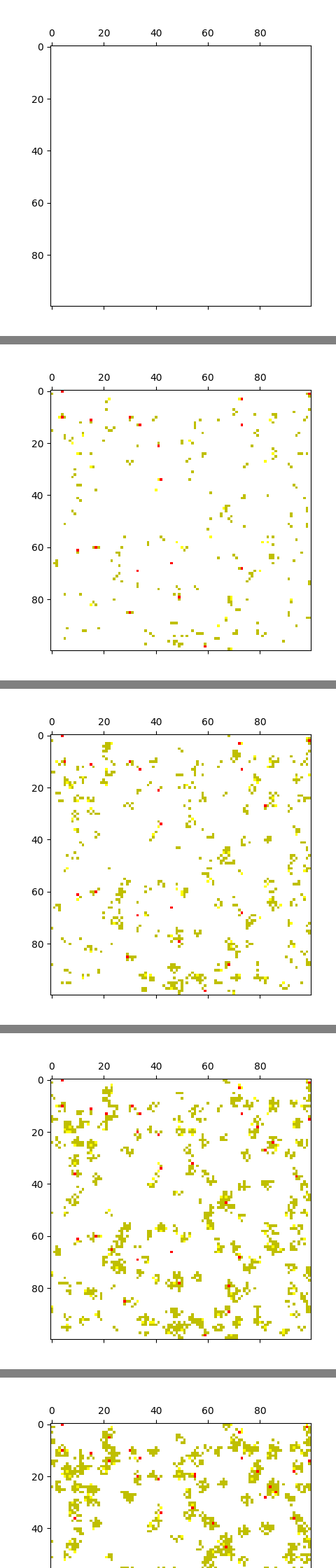
Repository: eduardodut/Trabalho_final_estatistica_cd
Script's output: python src/Simulador.py
An editor plug-in stored every save of this project. The script's output is shown before and after the next save, followed by the edit.
The pictures show rows 0 to 2240 of an output 3924 px tall, at 70% of full size.
Each picture stacks the figures in order, with grey between them; figures that are only written to a file come last. The script is stopped after its 8th figure. Random numbers start from a fixed seed.

Above is the script's output before, as saved 2020-07-10 18:53:53.

### src/Simulador.py
import pandas as pd
import numpy as np
from Matriz_esferica import Matriz_esferica
from Individuo import Individuo, Fabrica_individuo
import random
from itertools import permutations
import matplotlib.pyplot as plt
from matplotlib.colors import ListedColormap
from scipy.sparse import csr_matrix, lil_matrix




class Simulador():

    def __init__(
        self,
        tamanho_matriz,                 #numero de linhas e colunas da matriz esférica
        percentual_inicial_tipo1,       #percentual inicial da população que será infectada tipo 1
        percentual_inicial_tipo2,       #percentual inicial da população que será infectada tipo 2
        chance_infeccao,                #chance que um infectado tipo 2 tem de infectar um indivíduo saudável
        chance_infeccao_tipo2,          #chance de um indivíduo infectado se tornar contagioso
        chance_morte,                   #chance de um indivíduo tipo 2 morrer ao fim de uma atualização
        atualizacoes_cura):             #número de atualizações necessárias para a cura de um indivíduo tipo 1 ou 2

        self.num_atualizacoes = 0
        self.lista_infectados_tipo_2 = []
        self.lista_infectados_tipo_1 = []
        self.num_curados = 0
        self.num_mortos = 0

        self.chance_infeccao = chance_infeccao
        self.chance_infeccao_tipo2 = chance_infeccao_tipo2
        self.chance_morte = chance_morte

        self.populacao_inicial = int(tamanho_matriz**2)
        self.num_inicial_tipo2 = int(self.populacao_inicial * percentual_inicial_tipo2)
        self.num_inicial_tipo1 = int(self.populacao_inicial * percentual_inicial_tipo1)
        self.num_inicial_sadios = self.populacao_inicial - (self.num_inicial_tipo2 + self.num_inicial_tipo1)
        self.fabrica_individuo = Fabrica_individuo(atualizacoes_cura)



        self.df_individuos = pd.DataFrame(index= range(tamanho_matriz), columns=range(tamanho_matriz))


        self.popular(tamanho_matriz)

        self.lista_matrizes_posicionamento = []





        #objeto que é responsável por validar a movimentação no grid n x n
        self.matriz_esferica = Matriz_esferica(tamanho_matriz)


        self.matriz_status = lil_matrix((tamanho_matriz, tamanho_matriz),dtype= np.uint8)


        dict = {
                'num_sadios':self.num_inicial_sadios,
                'num_infect_t1':self.num_inicial_tipo1,
                'num_infect_t2':self.num_inicial_tipo2,
                'num_curados':0,
                'num_mortos':0}


        #dataframe que guardará os resultados de cada atualização
        self.dataframe = pd.DataFrame(index = [0])
        self.salvar_posicionamento()



    def salvar_posicionamento(self):
        self.lista_matrizes_posicionamento.append(self.matriz_status)


    def verificar_infeccao(self, lista_infectantes):
        lista_novos_infectados_tipo1 = []
        lista_novos_infectados_tipo2 = []
        #itera sobre sobre a lista de individuos que infectam e cada um realiza a tividade de infectar
        for X,Y in lista_infectantes:

            #busca os vizinhos do infectante atual
            lista_vizinhos = self.matriz_esferica.get_vizinhos(X, Y)
            #Para cada vizinho, se ele for sadio, é gerado um número aleatório para verificar se foi infectado
            for x,y in lista_vizinhos:

                #verificação de SADIO
                if self.matriz_status[x,y] == Individuo.SADIO:
                    #verificação do novo status
                    novo_status = self.infectar(chance_infeccao, chance_infeccao_tipo2)
                    #se for um infectado tipo 1
                    if novo_status == Individuo.INFECTADO_TIPO_1:
                        #adiciona na lista de novos tipo 1
                        lista_novos_infectados_tipo1.append((x,y))
                        #modifica o status na matriz de status
                        self.df_individuos.loc[x,y] = self.fabrica_individuo.criar_individuo(Individuo.INFECTADO_TIPO_1,(x,y))
                        self.matriz_status[x,y] = Individuo.INFECTADO_TIPO_1

                    if novo_status == Individuo.INFECTADO_TIPO_2:
                        #adiciona na lista de novos tipo 2
                        lista_novos_infectados_tipo2.append((x,y))
                        #modifica o status na matriz de status
                        self.df_individuos.loc[x,y] = self.fabrica_individuo.criar_individuo(Individuo.INFECTADO_TIPO_2,(x,y))
                        self.matriz_status[x,y] = Individuo.INFECTADO_TIPO_2

        return lista_novos_infectados_tipo1, lista_novos_infectados_tipo2

    def verificar_morte(self, lista_infectantes_tipo2):
        num_mortos = 0
        num_curados = 0
        for x,y in lista_infectantes_tipo2:
            novo_status = self.df_individuos.loc[x,y].checagem_morte(self.chance_morte)
            if novo_status == Individuo.MORTO:
                num_mortos += 1
                self.matriz_status[x,y] = Individuo.MORTO
                lista_infectantes_tipo2.remove((x,y))
            if novo_status == Individuo.CURADO:
                num_curados += 1
                self.matriz_status[x,y] = Individuo.CURADO
                lista_infectantes_tipo2.remove((x,y))

        return num_mortos, num_curados


    def verificar_cura(self, lista_infectantes):
        num_curados = 0
        for x,y in lista_infectantes:
            novo_status = self.df_individuos.loc[x,y].checagem_cura()
            if novo_status == Individuo.CURADO:
                num_curados += 1
                self.matriz_status[x,y] = Individuo.CURADO
                lista_infectantes.remove((x,y))

        return num_curados




    def iterar(self):

        #Verifica os novos infectados a partir dos atuais infectantes na matriz
        lista_novos_infectados_tipo1, lista_novos_infectados_tipo2 = self.verificar_infeccao(self.lista_infectados_tipo_1 + self.lista_infectados_tipo_2)


        #Verifica morte dos tipo 2
        num_mortos_atualizacao, num_curados_t2_atualizacao = self.verificar_morte(self.lista_infectados_tipo_2)



        # #retirar os mortos da atualização da lista de infectados tipo 2
        # self.lista_infectados_tipo_2 = [i for i in self.lista_infectados_tipo_2 if i.status != Individuo.MORTO]

        #atualiza o novo número de mortos
        self.num_mortos += num_mortos_atualizacao


        #Verificar cura
        num_curados_t1_atualizacao = self.verificar_cura(self.lista_infectados_tipo_1)


        # #retirar os curados das lista de infectados tipo 1 e 2
        # self.lista_infectados_tipo_2 = [i for i in self.lista_infectados_tipo_2 if i.status != Individuo.CURADO]
        # self.lista_infectados_tipo_1 = [i for i in self.lista_infectados_tipo_1 if i.status != Individuo.CURADO]

        #adiciona os novos curados na lista geral de curados
        self.num_curados = self.num_curados + num_curados_t1_atualizacao + num_curados_t2_atualizacao



        # self.  #movimentar infectantes:
        for x,y in self.lista_infectados_tipo_1:
            self.mover_infectante((x,y))

        for x,y in self.lista_infectados_tipo_2:
            self.mover_infectante((x,y))


        #adicionar os novos infectados tipo 1 e 2 para as respectivas listas
        self.lista_infectados_tipo_2 = self.lista_infectados_tipo_2 + lista_novos_infectados_tipo2
        self.lista_infectados_tipo_1 = self.lista_infectados_tipo_1 + lista_novos_infectados_tipo1



        num_tipo_1 = len(self.lista_infectados_tipo_1)

        num_tipo_2 = len(self.lista_infectados_tipo_2)

        dict = {
                'num_sadios':self.populacao_inicial - self.num_mortos - self.num_curados - num_tipo_1 - num_tipo_2 ,
                'num_infect_t1':num_tipo_1,
                'num_infect_t2':num_tipo_2,
                'num_curados':self.num_curados,
                'num_mortos':self.num_mortos}

        self.dataframe = self.dataframe.append(dict, ignore_index=True)

        print("num t1: ", num_tipo_1)
        print("num t2: ", num_tipo_2)
        print("num curados: ", self.num_curados)
        print("num mortos: ", self.num_mortos)
        print("---------")
        #salva a nova matriz de status
        self.salvar_posicionamento()

        #adiciona 1 ao número de atualizações realizadas na matriz
        self.num_atualizacoes +=1

    def infectar(self, chance_infeccao, chance_infeccao_tipo2):
        saida = Individuo.SADIO

        #número aleatório para chance de infectar o vizinho
        rng_infeccao = random.random()
        if rng_infeccao <= chance_infeccao:
            #número aleatório para chance de infecção tipo 1 ou 2
            rng_infeccao_tipo2 = random.random()
            if rng_infeccao_tipo2 <= chance_infeccao_tipo2:
                saida = Individuo.INFECTADO_TIPO_2
            else:
                saida = Individuo.INFECTADO_TIPO_1
        return saida

    def popular(self, tamanho_matriz):

        # for index, row in self.df_individuos.iterrows():
        #     for item in row:
        #         item = self.fabrica_individuo.criar_individuo(Individuo.SADIO,(0,0))
        self.df_individuos.iloc[:,:] = self.fabrica_individuo.criar_individuo(Individuo.SADIO,(0,0))


        #lista de possíveis combinações de índices da matriz de dados
        permutacoes = permutations(list(range(tamanho_matriz)),2)
        #conversão para lista de tuplas(x,y)
        lista_indices = list(permutacoes)
        #embaralhamento dos índices
        random.shuffle(lista_indices)

        #cria o primeiro tipo1:
        indice = lista_indices.pop()
        ind_x = indice[0]
        ind_y = indice[1]
        self.lista_infectados_tipo_1.append((ind_x,ind_y))
        self.df_individuos.loc[ind_x,ind_y] = self.fabrica_individuo.criar_individuo(Individuo.INFECTADO_TIPO_1,(ind_x,ind_y))

        #cria o restante dos tipos 1
        for i in range(1,self.num_inicial_tipo1):
            indice = lista_indices.pop()
            ind_x = indice[0]
            ind_y = indice[1]
            self.lista_infectados_tipo_1.append((ind_x,ind_y))
            self.df_individuos.loc[ind_x,ind_y] = self.fabrica_individuo.criar_individuo(Individuo.INFECTADO_TIPO_1,(ind_x,ind_y))


        #cria o restante dos tipo 2:
        for indice in range(self.num_inicial_tipo2):
            indice = lista_indices.pop()
            ind_x = indice[0]
            ind_y = indice[1]
            self.lista_infectados_tipo_2.append((ind_x,ind_y))
            self.df_individuos.loc[ind_x,ind_y] = self.fabrica_individuo.criar_individuo(Individuo.INFECTADO_TIPO_2,(ind_x,ind_y))


    def trocar_status_localizacao(self,ponto_ini,ponto_final):
        x_ini = ponto_ini[0]
        y_ini = ponto_ini[1]
        x_fin = ponto_final[0]
        y_fin = ponto_final[1]

        aux1 = self.matriz_status[x_fin,y_fin]
        self.matriz_status[x_fin,y_fin] = self.matriz_status[x_ini,y_ini]
        self.matriz_status[x_ini,y_ini] = aux1

        aux2 = self.df_individuos.loc[x_fin,y_fin]
        self.df_individuos.loc[x_fin,y_fin] = self.df_individuos.loc[x_ini,y_ini]
        self.df_individuos.loc[x_ini,y_ini] = aux2



    def mover_infectante(self, posicao_inicial):
        pos_x, pos_y = posicao_inicial[0], posicao_inicial[1]
        rng_posicao = random.random()
        if rng_posicao <=0.25:
            #move pra cima
            pos_x -= 1
        elif rng_posicao <=0.5:
            #move pra baixo
            pos_x += 1
        elif rng_posicao <=0.75:
            #move para esquerda
            pos_y -= 1
        else:
            #move para direita
            pos_y += 1

        novo_x, novo_y = self.matriz_esferica.valida_ponto_matriz(pos_x, pos_y)
        #descobre qual individuo ocupa atualmente a posição para atribuí-lo a posição de quem o está substituindo
        status = self.matriz_status[novo_x, novo_y]
        # if status == Individuo.INFECTADO_TIPO_1:
        #     individuo_ocupante_destino = self.matriz_localizacao[novo_x, novo_y]
        #     print(status)
        #     print(individuo_ocupante_destino)
        #     print(len(self.lista_infectados_tipo_1))

        #     self.lista_infectados_tipo_1[individuo_ocupante_destino].posicao = infectante.posicao
        # elif status == Individuo.INFECTADO_TIPO_2:
        #     individuo_ocupante_destino = self.matriz_localizacao[novo_x, novo_y]
        #     print(status)
        #     print(individuo_ocupante_destino)
        #     print(len(self.lista_infectados_tipo_2))
        #     self.lista_infectados_tipo_2[individuo_ocupante_destino].posicao = infectante.posicao

        # elif status == Individuo.CURADO:
        #     individuo_ocupante_destino = self.matriz_localizacao[novo_x, novo_y]
        #     self.lista_curados[individuo_ocupante_destino].posicao = infectante.posicao
        # elif status == Individuo.MORTO:
        #     individuo_ocupante_destino = self.matriz_localizacao[novo_x, novo_y]
        #     self.lista_matrizes_posicionamento[individuo_ocupante_destino].posicao = infectante.posicao


        self.trocar_status_localizacao(posicao_inicial,(novo_x, novo_y))







chance_infeccao = 0.3
chance_infeccao_tipo2 = 0.1
chance_morte = 0.2
atualizacoes_cura = 10
percentual_inicial_tipo1 = 0.01
percentual_inicial_tipo2 = 0.01


sim = Simulador(
    100,
    percentual_inicial_tipo1,
    percentual_inicial_tipo2,
    chance_infeccao,
    chance_infeccao_tipo2,
    chance_morte,atualizacoes_cura)

#print(sim.lista_matrizes_posicionamento[0])
#print(sim.lista_infectados_tipo_2)
#print(sim.lista_infectados_tipo_1)
cmap = ListedColormap(['w', 'y', 'yellow', 'red'])



plt.matshow(sim.lista_matrizes_posicionamento[0].toarray(), cmap = cmap)
sim.iterar()


plt.matshow(sim.lista_matrizes_posicionamento[1].toarray(),cmap = cmap)
sim.iterar()

plt.matshow(sim.lista_matrizes_posicionamento[2].toarray(), cmap = cmap)
sim.iterar()

plt.matshow(sim.lista_matrizes_posicionamento[3].toarray(), cmap = cmap)
sim.iterar()

plt.matshow(sim.lista_matrizes_posicionamento[4].toarray(), cmap = cmap)
sim.iterar()


plt.matshow(sim.lista_matrizes_posicionamento[5].toarray(), cmap= cmap)
sim.iterar()

plt.matshow(sim.lista_matrizes_posicionamento[6].toarray(), cmap = cmap)
sim.iterar()
plt.matshow(sim.lista_matrizes_posicionamento[7].toarray(), cmap = cmap)
sim.iterar()
plt.matshow(sim.lista_matrizes_posicionamento[8].toarray(), cmap = cmap)
sim.iterar()
plt.matshow(sim.lista_matrizes_posicionamento[9].toarray(), cmap = cmap)
sim.iterar()
plt.show();

### src/Matriz_esferica.py

import random

class Matriz_esferica():

    def __init__(self, tamanho):
        self.tamanho = tamanho

    def get_vizinho_esquerda(self, indice_x: int, indice_y: int):
        return self.checa_limite_matriz(indice_x), self.checa_limite_matriz(indice_y -1)

    def get_vizinho_direita(self, indice_x: int, indice_y: int):
        return self.checa_limite_matriz(indice_x), self.checa_limite_matriz(indice_y + 1)

    def get_vizinho_cima(self, indice_x: int, indice_y: int):
        return self.checa_limite_matriz(indice_x - 1), self.checa_limite_matriz(indice_y)

    def get_vizinho_baixo(self, indice_x: int, indice_y: int):
        return self.checa_limite_matriz(indice_x + 1), self.checa_limite_matriz(indice_y)

    def get_vizinhos(self, indice_x: int, indice_y: int):

        return self.get_vizinho_cima(indice_x,indice_y), self.get_vizinho_baixo(indice_x,indice_y),  self.get_vizinho_esquerda(indice_x,indice_y), self.get_vizinho_direita(indice_x,indice_y)

    def checa_limite_matriz(self, indice):

        if indice < 0:
            return self.tamanho + indice
        elif indice > self.tamanho - 1:
            return indice - self.tamanho
        else:
            return indice

    def valida_ponto_matriz(self, indice_x: int, indice_y: int):

        return self.checa_limite_matriz(indice_x), self.checa_limite_matriz(indice_y)

    #devolve um ponto aleatório vizinho da matriz a partir do ponto especificado em uma das 8 direções
    def passo(self, indice_x: int, indice_y: int, tamanho_max_passo: int):

        passo_x = tamanho_max_passo if random.random() >=0.5 else -tamanho_max_passo
        passo_y = tamanho_max_passo if random.random() >=0.5 else -tamanho_max_passo
        return self.checa_limite_matriz(indice_x + passo_x), self.checa_limite_matriz(indice_y + passo_y)

### src/Individuo.py
import random

class Individuo():

    SADIO = 0
    INFECTADO_TIPO_1 = 1 #assintomáticos e o infectado inicial
    INFECTADO_TIPO_2 = 2 #sintomático
    CURADO = 3
    MORTO = 4

    def __init__(
        self,
        status,
        atualizacoes_cura,
        posicao):

        self.status = status
        self.atualizacoes_cura = atualizacoes_cura
        self.posicao = posicao
    def __repr__(self):
        return  str(self.status)


    def infectar(self, chance_infeccao, chance_infeccao_tipo2):
        saida = Individuo.SADIO
        if (self.status == Individuo.INFECTADO_TIPO_2 or self.status == Individuo.INFECTADO_TIPO_1):
            #número aleatório para chance de infectar o vizinho
            rng_infeccao = random.random()
            if rng_infeccao <= chance_infeccao:
                #número aleatório para chance de infecção tipo 1 ou 2
                rng_infeccao_tipo2 = random.random()
                if rng_infeccao_tipo2 <= chance_infeccao_tipo2:
                    saida = Individuo.INFECTADO_TIPO_2
                else:
                    saida = Individuo.INFECTADO_TIPO_1



        return saida

    def checagem_morte(self, chance_morte):

        if self.status == Individuo.INFECTADO_TIPO_2:
            rng_morte = random.random()
            if rng_morte <= chance_morte:
                self.status = Individuo.MORTO
                return self.status

        return self.checagem_cura()

    def checagem_cura(self):
        if self.status == Individuo.INFECTADO_TIPO_2 or self.status == Individuo.INFECTADO_TIPO_1:
            self.atualizacoes_cura = self.atualizacoes_cura - 1

            if self.atualizacoes_cura == 0:
                self.status = Individuo.CURADO

        return self.status



class Fabrica_individuo():

    def __init__(
        self,
        atualizacoes_cura):             #número de atualizações necessárias para a cura de um indivíduo tipo 1 ou 2

        self.atualizacoes_cura = atualizacoes_cura

    def criar_individuo(self, status_inicial, posicao):

        return Individuo(
            status_inicial,
            self.atualizacoes_cura,
            posicao)

After the next save:
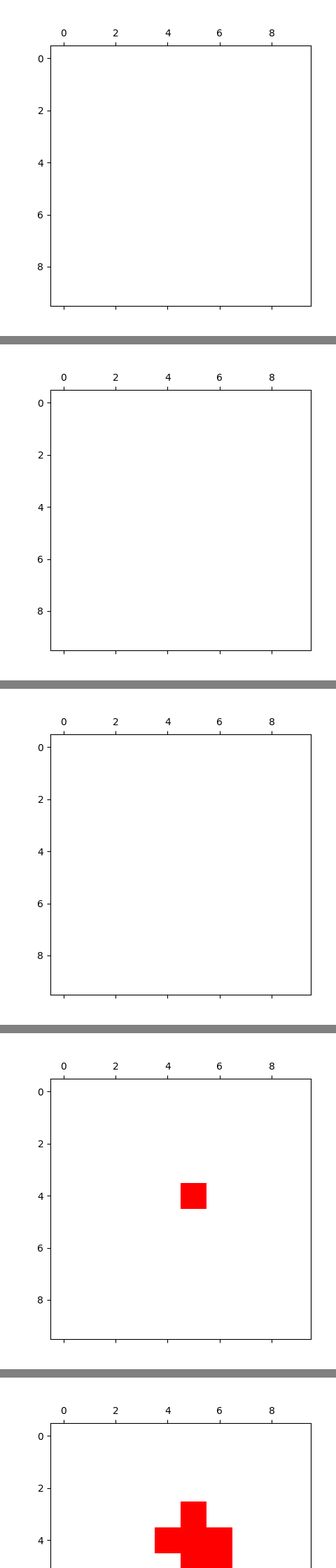
Saved 56 s later.
--- a/src/Simulador.py
+++ b/src/Simulador.py
@@ -332,12 +332,12 @@ chance_infeccao = 0.3
 chance_infeccao_tipo2 = 0.1
 chance_morte = 0.2
 atualizacoes_cura = 10
-percentual_inicial_tipo1 = 0.01
-percentual_inicial_tipo2 = 0.01
+percentual_inicial_tipo1 = 0.0
+percentual_inicial_tipo2 = 0.0
 
 
 sim = Simulador(
-    100,
+    10,
     percentual_inicial_tipo1,
     percentual_inicial_tipo2,
     chance_infeccao,
